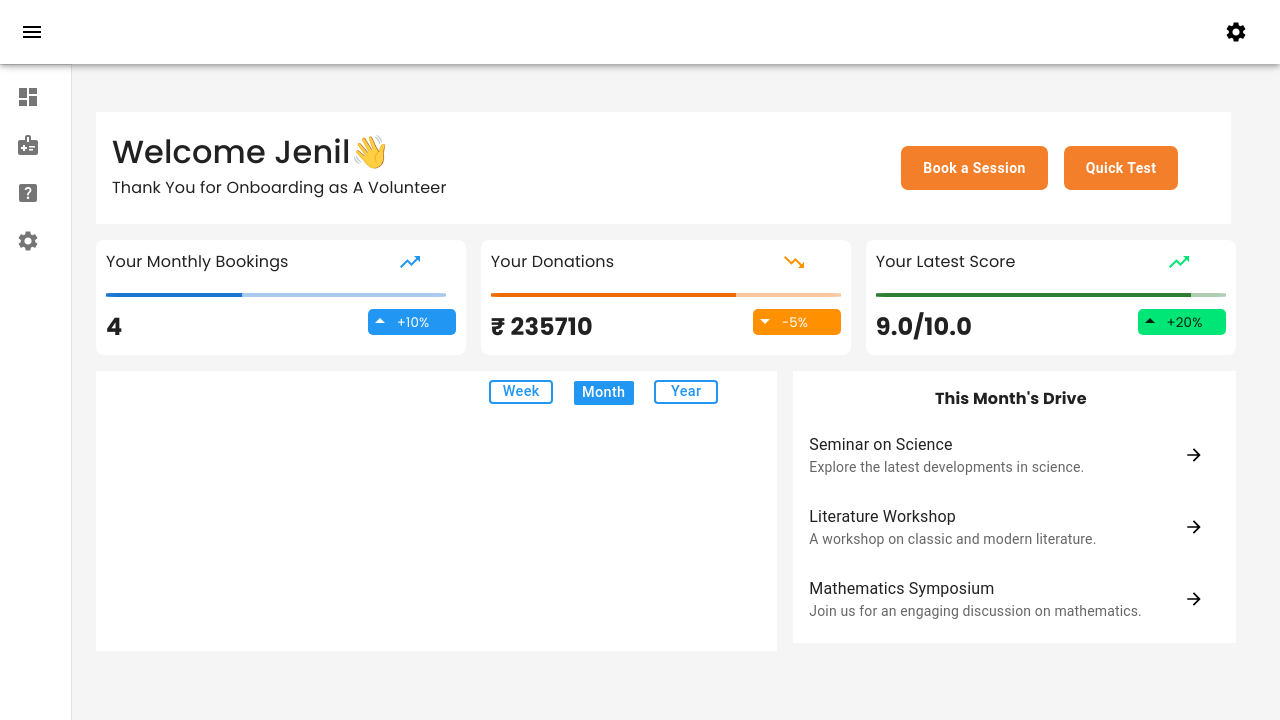
Repository: shubhampirate/Google_Solutions_Edural
Page: /dashboard
An editor plug-in stored every save of this project. The page is shown before and after the next save, followed by the edit.
The browser window is 1280 px wide. The pictures show the whole page.
The page's requests for data from a server got no answer. An inner scrolling area shows only its first screen. The project was rebuilt for these pictures with package versions that can differ from the ones it lists, and the page was loaded fresh each time. Some packages were replaced by stand-ins written for this rebuild. No one was signed in, and anything a server would have sent is missing. Also part of the build but not shown: src/Components/Navbar.jsx, src/Components/Footer.jsx, src/Components/CongratsCard.jsx, src/pages/Hero/Hero.jsx, src/pages/Sign_in.jsx.

Above is the page before, as saved 2024-02-03 19:08:41.

### src/App.jsx
import Hero from "./pages/Hero/Hero";
import Dashboard from "./pages/Dashboard/Dashboard";
import Layout from "./Components/layout";
import SignIn from "./pages/Sign_in";
import {useState} from "react";
import { Route, Routes } from "react-router-dom";
function App() {
  return (
    <>
      {/* <Hero />   */}
      {/* <SignIn /> */}
      <Routes>
        <Route path="/signin" element={<><SignIn /></>} />
        <Route path="/dashboard" element={<Layout><Dashboard /></Layout>} />
        {/* <Route path="/education" element={<><Education /></>} /> */}
        {/* <Route path="/health" element={<><Health /></>} /> */}
        {/* <Route path="/profile" element={<><Profile /></>} /> */}
        {/* <Route path="/finance" element={<><Finance /></>} /> */}
        {/* <Route path="/questions" element={<><Questions /></>} /> */}
        {/* <Route path="/retireaibot" element={<><Bot /></>} /> */}
        <Route path="/" element={<><Hero /></>} />
      </Routes>
         </>
  );
}

export default App;

### src/pages/Dashboard/Dashboard.jsx
    import * as React from 'react';
    import { createTheme, ThemeProvider } from '@mui/material/styles';
    import CssBaseline from '@mui/material/CssBaseline';
    import Box from '@mui/material/Box';
    import Toolbar from '@mui/material/Toolbar';
    import { LinearProgress, ListItem,  ListItemText,ListItemButton } from '@mui/material';
    import TrendingUpIcon from '@mui/icons-material/TrendingUp';
    import TrendingDownIcon from '@mui/icons-material/TrendingDown';
    import List from '@mui/material/List';
    import ArrowDropUpIcon from '@mui/icons-material/ArrowDropUp';
    import ArrowDropDownIcon from '@mui/icons-material/ArrowDropDown';
    import Grid from '@mui/material/Grid';
    import axios from 'axios';
    import Button from '@mui/material/Button';
    import Swal from 'sweetalert2';
    import { useState } from 'react';
    import { useEffect } from 'react';
    import CustomButton from "../../Components/CustomButton";
    import ArrowForwardIcon from '@mui/icons-material/ArrowForward';
    // import { Bar } from "react-chartjs-2";
    // import { BarElement, CategoryScale, Chart as ChartJS, Legend, LinearScale, Title, Tooltip } from "chart.js";
    // import GoogleTranslateComponent from '../../Components/GoogleTranslateComponent';
    // ChartJS.register(CategoryScale, LinearScale, BarElement, Title, Tooltip, Legend);

    const educationEvents = [
        { id: 1, name: 'Seminar on Science', description: 'Explore the latest developments in science.' },
        { id: 2, name: 'Literature Workshop', description: 'A workshop on classic and modern literature.' },
        { id: 3, name: 'Mathematics Symposium', description: 'Join us for an engaging discussion on mathematics.' },
      ];
    var currentDate = new Date();

    var months = [
    "January", "February", "March", "April", "May", "June",
    "July", "August", "September", "October", "November", "December"
    ];

    var formattedDate = months[currentDate.getMonth()] + " " + currentDate.getDate() + ", " + currentDate.getFullYear();

    const defaultTheme = createTheme();

    export default function Dashboard() {
    const [open, setOpen] = React.useState(true);
    const toggleDrawer = () => {
        setOpen(!open);
    };

    const [expensedata, setExpensedata] = useState([])

    useEffect(() => {
        loadList();
    }, []);


    const loadList = async () => {
        const result = await axios.get(`https://wixstocle.pythonanywhere.com/api/expense/`, {
        headers: { "Authorization": `Token 11c868750d92deda81638c5a9a59177bdc7ae41a` },
        });
        console.log(result.data.data);
        setExpensedata(result.data.data);
    }

    const getLabels = () => expensedata.slice(-5).map(data => data.date);

    const getData = (key) => expensedata.slice(-5).map(data => data[key]);

    const optionsexpense = {
        indexAxis: 'x',
        elements: {
        bar: {
            borderWidth: 0,
        },
        },
        responsive: true,
        interaction: {
        mode: 'index',
        intersect: false,
        },
        scales: {
        x: {
            stacked: false,
        },
        y: {
            stacked: false,
        },
        },
        plugins: {
        legend: {
            position: 'top',
        }
        },
    };

    const dataexpense = {
        labels: getLabels(),
        datasets: [
        {
            label: 'Revenue',
            data: getData('income'),
            backgroundColor: '#2196f3',
        },
        {
            label: 'Spendings',
            data: getData('expense'),
            backgroundColor: '#ff9100',
        },
        {
            label: 'Savings',
            data: getData('savings'),
            backgroundColor: '#00e676',
        },
        ],
    };

    const today = new Date();
    const year = today.getFullYear();
    const month = String(today.getMonth() + 1).padStart(2, '0'); // Months are zero-based
    const day = String(today.getDate()).padStart(2, '0');

    const todayDate = `${year}-${month}-${day}`;

    const [userData, setUserData] = React.useState({
        income: '',
        savings: '',
        expense: '',
        date: todayDate,
        user: "tony@gmail.com"
    });

    const handleChangePlan = (field, value) => {
        setUserData((prevData) => ({ ...prevData, [field]: value }));
    };
    const creditscore = 87.4;

    const handlePostData = () => {
        console.log(userData);
        fetch(`https://wixstocle.pythonanywhere.com/api/expense/`, {
        method: 'POST',
        headers: {
            "Authorization": `Token 11c868750d92deda81638c5a9a59177bdc7ae41a`,
            'Content-Type': 'application/json',
        },
        body: JSON.stringify(userData),
        })
        .then((response) => response.json())
        .then((data) => {
            // console.log(data);
            if (data.status == true) {
            Swal.fire({
                icon: 'success',
                title: 'Successfully Saved the details',
                showConfirmButton: false,
                timer: 3000
            })
            setExpensedata([...expensedata, userData]);
            }
            else {
            Swal.fire({
                icon: 'error',
                title: data.message,
                showConfirmButton: false,
                timer: 3000
            })
            }
        });
    };

    const [checked, setChecked] = React.useState([1]);

    const handleToggle = (value) => () => {
        const currentIndex = checked.indexOf(value);
        const newChecked = [...checked];

        if (currentIndex === -1) {
        newChecked.push(value);
        } else {
        newChecked.splice(currentIndex, 1);
        }

        setChecked(newChecked);
    };
    return (
        <ThemeProvider theme={defaultTheme}>
        <Box sx={{ display: 'flex' }} >
            {/* <CssBaseline /> */}

            <Box
            component="main"
            sx={{
                backgroundColor: "#F47F2A 4%",
                // (theme) =>
                // theme.palette.mode === 'light'
                //     ? theme.palette.grey[100]
                //     : theme.palette.grey[900],
                flexGrow: 1,
                height: '100vh',
                overflow: 'auto',
            }}>
            <Toolbar />

            <div>
        <Grid container spacing={2} paddingLeft={5}>
            <Grid item xs={12} sm={8}  style={{ backgroundColor: "white",paddingBottom: "1.5rem" }} >
            <div style={{ fontSize: '2rem', fontWeight: '500'}}>Welcome Jenil👋</div>
            {/* <div>See all activities- {formattedDate}</div> */}
            <div>Thank You for Onboarding as A Volunteer</div>
            </Grid>
            <Grid item xs={12} sm={3.5}  display="flex" justifyContent="flex-center" alignItems="center" style={{ backgroundColor: "white", paddingBottom: "1rem"}}>
            <Box
        sx={{
          display: "flex",
          alignItems: "center",
          justifyContent: "center",
          gap: "1rem",
        }}
      >
        <CustomButton
          backgroundColor="#F47F2A"
          color="#fff"
          buttonText="Book a Session"

        />
        <CustomButton
          backgroundColor="#F47F2A"
          color="#fff"
          buttonText="Quick Test"

        />
      </Box>
            </Grid>
        </Grid>
        </div>

            <Grid container spacing={2} marginTop="1rem" paddingLeft={5} paddingRight={2}>
                <Grid item xs={12} md={3.8} style={{ backgroundColor: "white", padding: "10px", marginRight: "15px", borderRadius: "0.5rem" }}>
                <Grid item xs={12}>
                    <Grid container>
                    <Grid item xs={10}><div>Your Monthly Bookings</div></Grid>
                    <Grid item xs={2}><TrendingUpIcon sx={{ color: "#2196f3" }} /></Grid>
                    </Grid>
                    <Grid item xs={12}>
                    <LinearProgress variant="determinate" value={40} sx={{ color: "#2196f3", borderRadius: "10%", margin: "12px 10px 12px 0px" }} />
                    </Grid>
                    <Grid item xs={12}>
                    <Grid container>
                        <Grid item xs={9}>
                        <div style={{ fontSize: "1.5rem", fontWeight: "550" }}> 4</div>
                        </Grid>
                        <Grid item xs={3} style={{ backgroundColor: "#2196f3", color: "white", borderRadius: "5px", height: "1.65rem" }}>
                        <ArrowDropUpIcon /> <sup>+10%</sup>
                        </Grid>
                    </Grid>
                    </Grid>
                </Grid>
                </Grid>
                <Grid item xs={12} md={3.8} style={{ backgroundColor: "white", padding: "10px", marginRight: "15px", borderRadius: "0.5rem" }}>
                <Grid item xs={12}>
                    <Grid container>
                    <Grid item xs={10}><div>Your Donations</div></Grid>
                    <Grid item xs={2}><TrendingDownIcon sx={{ color: "#ff9100" }} /></Grid>
                    </Grid>
                    <Grid item xs={12}>
                    <LinearProgress variant="determinate" value={70} color='warning' sx={{ borderRadius: "10%", margin: "12px 0px" }} />
                    </Grid>
                    <Grid item xs={12}>
                    <Grid container>
                        <Grid item xs={9}>
                    <div style={{ fontSize: "1.5rem", fontWeight: "550" }}>₹ 235710</div>
                        </Grid>
                        <Grid item xs={3} style={{ backgroundColor: "#ff9100", color: "white", borderRadius: "5px", height: "1.65rem" }}>
                        <ArrowDropDownIcon /> <sup>-5%</sup>
                        </Grid>
                    </Grid>
                    </Grid>
                </Grid>
                </Grid>
                <Grid item xs={12} md={3.8} style={{ backgroundColor: "white", padding: "10px", marginRight: "15px", borderRadius: "0.5rem" }}>
                <Grid item xs={12}>
                    <Grid container>
                    <Grid item xs={10}><div>Your Latest Score</div></Grid>
                    <Grid item xs={2}><TrendingUpIcon sx={{ color: "#00e676" }} /></Grid>
                    </Grid>
                    <Grid item xs={12}>
                    <LinearProgress variant="determinate" value={90} color="success" style={{ borderRadius: "10%", margin: "12px 0px" }} />
                    </Grid>
                    <Grid item xs={12}>
                    <Grid container>
                        <Grid item xs={9}>
    <div style={{ fontSize: "1.5rem", fontWeight: "550" }}> 9.0/10.0</div>
                        </Grid>
                        <Grid item xs={3} style={{ backgroundColor: "#00e676", borderRadius: "5px", height: "1.65rem" }}>
                        <ArrowDropUpIcon /> <sup>+20%</sup>
                        </Grid>
                    </Grid>
                    </Grid>
                </Grid>
                </Grid>

            </Grid>
            <Grid container spacing={2} marginTop="1rem" paddingLeft={5} paddingRight={2} marginBottom={2}>
                <Grid item xs={7} sx={{ backgroundColor: "white", padding: "5px", marginRight: "1rem" }}>
                <Grid container spacing={2} padding={1}>
                    <Grid xs={7}></Grid>
                    <Grid xs={1.5}><Button style={{
                    borderColor: "#2196f3", color: "#2196f3", height: "1.5rem", textTransform: "capitalize",
                    fontSize: "0.9rem", border: "2px solid", textAlign: "left"
                    }}>Week</Button></Grid>
                    <Grid xs={1.5}><Button style={{
                    backgroundColor: "#2196f3", color: "white", height: "1.75rem", textTransform: "capitalize",
                    fontSize: "0.9rem", border: "2px solid", textAlign: "left"
                    }}>Month</Button></Grid>
                    <Grid xs={1}><Button style={{
                    borderColor: "#2196f3", color: "#2196f3", height: "1.5rem", textTransform: "capitalize",
                    fontSize: "0.9rem", border: "2px solid", textAlign: "left"
                    }}>Year</Button></Grid>
                    <Grid xs={12} marginTop={2}>
                    {/* <Bar options={optionsexpense} data={dataexpense} /> */}
                    </Grid>
                </Grid>
                </Grid>
                <Grid item xs={12} md={4.75} >
                <Grid container spacing={2} >

                    <Grid item xs={11.5}>
                    <Grid container spacing={2} sx={{ backgroundColor: "white", marginBottom: "0.5rem" }}>
                        <Grid item xs={12} style={{ textAlign: "center", marginLeft: "-0.75rem", fontWeight: "600" }}>This Month's Drive</Grid>
                        <List sx={{ width: '100%', bgcolor: 'background.paper' }}>
      {educationEvents.map((event) => (
        <ListItem key={event.id} disablePadding>
          <ListItemButton role={undefined}>
            <ListItemText primary={event.name} secondary={event.description} />
            <Button endIcon={<ArrowForwardIcon sx={{ color: 'black' }}/>} color="primary">
              {/* View More */}
            </Button>
          </ListItemButton>
        </ListItem>
      ))}
    </List>
                    </Grid>
                    </Grid>
                </Grid>
                </Grid>
            </Grid>

            </Box>
        </Box >
        </ThemeProvider >
    );
    }

### src/Components/CustomButton.jsx
import { Button, styled } from "@mui/material";
import React from "react";

const CustomButton = ({
  backgroundColor,
  color,
  buttonText,
  heroBtn,
  guideBtn,
  getStartedBtn,
}) => {
  const CustomButton = styled(Button)(({ theme }) => ({
    backgroundColor: backgroundColor,
    color: color,
    fontWeight: "700",
    fontSize: "14px",
    cursor: "pointer",
    padding: "0.5rem 1.25rem",
    borderRadius: "7px",
    textTransform: "none",
    display: "block",
    border: "2px solid transparent",
    "&:hover": {
      backgroundColor: color,
      color: backgroundColor,
      borderColor: backgroundColor,
    },
    [theme.breakpoints.down("md")]: {
      margin: (heroBtn || getStartedBtn) && theme.spacing(0, "auto", 3, "auto"),
      width: (heroBtn || getStartedBtn) && "90%",
    },
    [theme.breakpoints.down("sm")]: {
      marginTop: guideBtn && theme.spacing(3),
      width: guideBtn && "90%",
    },
  }));

  return <CustomButton>{buttonText}</CustomButton>;
};

export default CustomButton;

### src/Components/listItems.jsx
import * as React from 'react';
import ListItemButton from '@mui/material/ListItemButton';
import ListItemIcon from '@mui/material/ListItemIcon';
import ListItemText from '@mui/material/ListItemText';
import DashboardIcon from '@mui/icons-material/Dashboard';
import MedicalInformationIcon from '@mui/icons-material/MedicalInformation';
import SavingsIcon from '@mui/icons-material/Savings';
import SchoolIcon from '@mui/icons-material/School';
import HelpCenterIcon from '@mui/icons-material/HelpCenter';
import SettingsIcon from '@mui/icons-material/Settings';
import SmartToyIcon from '@mui/icons-material/SmartToy';
import { Link } from 'react-router-dom';
// import GoogleTranslateComponent from './GoogleTranslateComponent';


export const mainListItems = (
  <>
    <React.Fragment>
      <Link to="/dashboard" style={{ textDecoration: "none", color: "black" }}>
        <ListItemButton>
          <ListItemIcon>
            <DashboardIcon />
          </ListItemIcon>
          <ListItemText primary="Dashboard" />
        </ListItemButton>
      </Link>
      <Link to="/health" style={{ textDecoration: "none", color: "black" }}>
        <ListItemButton>
          <ListItemIcon>
            <MedicalInformationIcon />
          </ListItemIcon>
          <ListItemText primary="HeathCare" />
        </ListItemButton>
      </Link>
      {/* <Link to="/finance" style={{ textDecoration: "none", color: "black" }}>
        <ListItemButton>
          <ListItemIcon>
            <SavingsIcon />
          </ListItemIcon>
          <ListItemText primary="Finance Planning" />
        </ListItemButton>
      </Link> */}
      {/* <Link to="/education" style={{ textDecoration: "none", color: "black" }}>
        <ListItemButton>
          <ListItemIcon>
            <SchoolIcon />
          </ListItemIcon>
          <ListItemText primary="Educational Service" />
        </ListItemButton>
      </Link> */}
      <Link to="/questions" style={{ textDecoration: "none", color: "black" }}>
        <ListItemButton>
          <ListItemIcon>
            <HelpCenterIcon />
          </ListItemIcon>
          <ListItemText primary="FAQ" />
        </ListItemButton>
      </Link>
      <Link to="/profile" style={{ textDecoration: "none", color: "black" }}>
        <ListItemButton>
          <ListItemIcon>
            <SettingsIcon />
          </ListItemIcon>
          <ListItemText primary="Profile" />
        </ListItemButton>
      </Link>
      {/* <Link to="/retireaibot" style={{ textDecoration: "none", color: "black" }}>
        <ListItemButton>
          <ListItemIcon>
            <SmartToyIcon />
          </ListItemIcon>
          <ListItemText primary="Retire AI Bot" />
        </ListItemButton>
      </Link> */}
    </React.Fragment >
  </>
);

// export const secondaryListItems = (
//   <React.Fragment>
//     <ListSubheader component="div" inset>
//       Saved reports
//     </ListSubheader>
//     <ListItemButton>
//       <ListItemIcon>
//         <AssignmentIcon />
//       </ListItemIcon>
//       <ListItemText primary="Current month" />
//     </ListItemButton>
//     <ListItemButton>
//       <ListItemIcon>
//         <AssignmentIcon />
//       </ListItemIcon>
//       <ListItemText primary="Last quarter" />
//     </ListItemButton>
//     <ListItemButton>
//       <ListItemIcon>
//         <AssignmentIcon />
//       </ListItemIcon>
//       <ListItemText primary="Year-end sale" />
//     </ListItemButton>
//   </React.Fragment>
// );

Loaded but not shown: public/index.html (common file); src/index.css (common file); src/index.js (18 lines, source omitted); src/Components/layout.jsx (153 lines, source omitted)

After the next save:
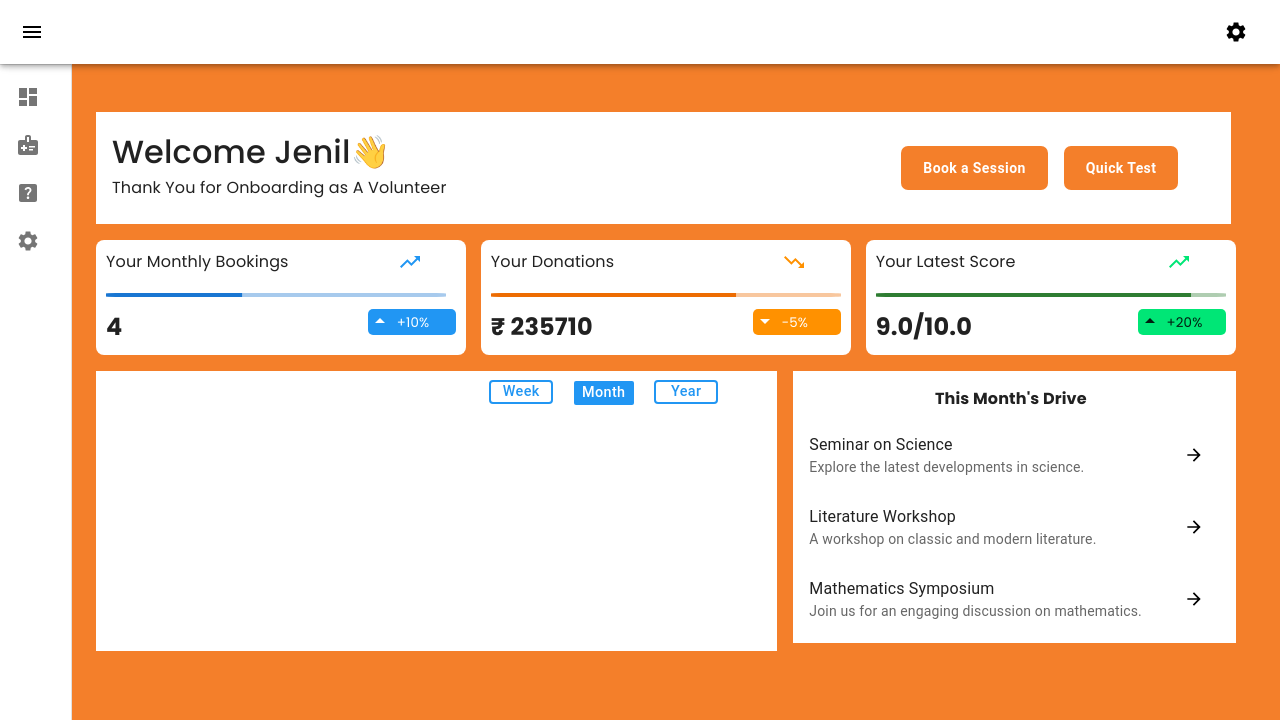
Saved 10 s later.
--- a/src/pages/Dashboard/Dashboard.jsx
+++ b/src/pages/Dashboard/Dashboard.jsx
@@ -186,7 +186,7 @@
             <Box
             component="main"
             sx={{
-                backgroundColor: "#F47F2A 4%",
+                backgroundColor: "#F47F2A ",
                 // (theme) =>
                 // theme.palette.mode === 'light'
                 //     ? theme.palette.grey[100]

After the save that followed:
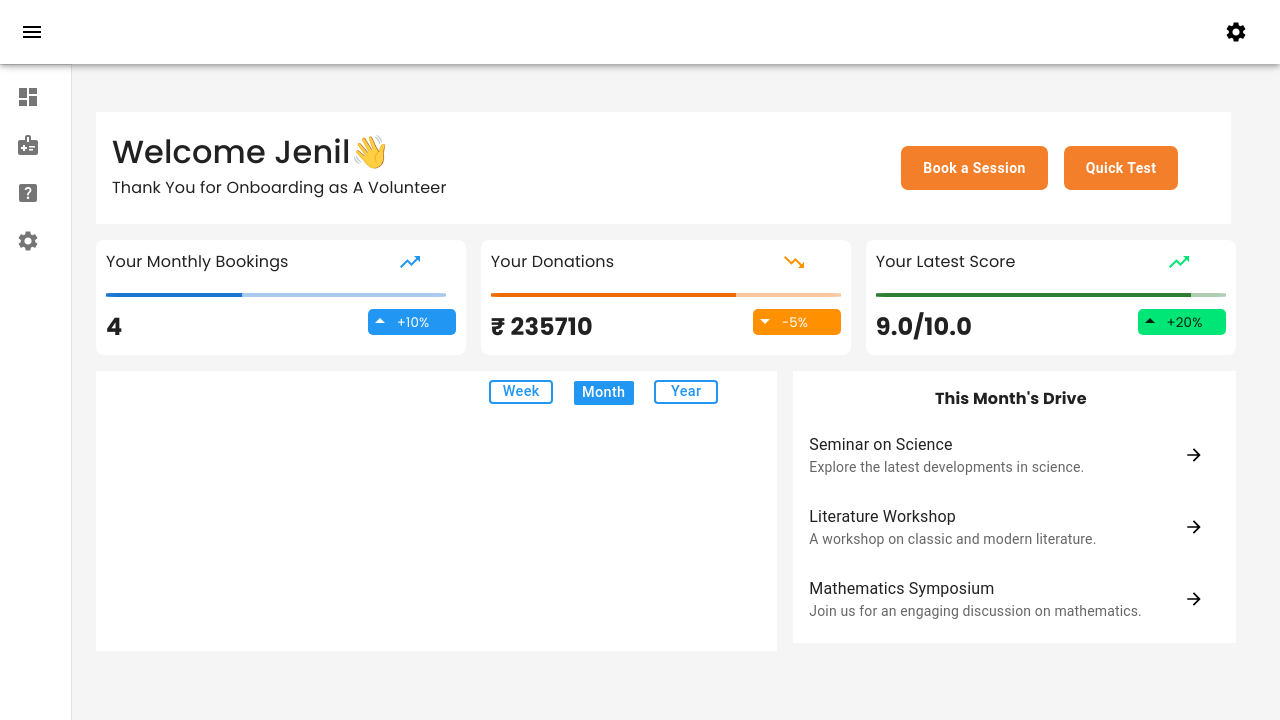
Saved 11 s later.
--- a/src/pages/Dashboard/Dashboard.jsx
+++ b/src/pages/Dashboard/Dashboard.jsx
@@ -186,7 +186,7 @@
             <Box
             component="main"
             sx={{
-                backgroundColor: "#F47F2A ",
+                backgroundColor: "#F47F2A 4%",
                 // (theme) =>
                 // theme.palette.mode === 'light'
                 //     ? theme.palette.grey[100]
